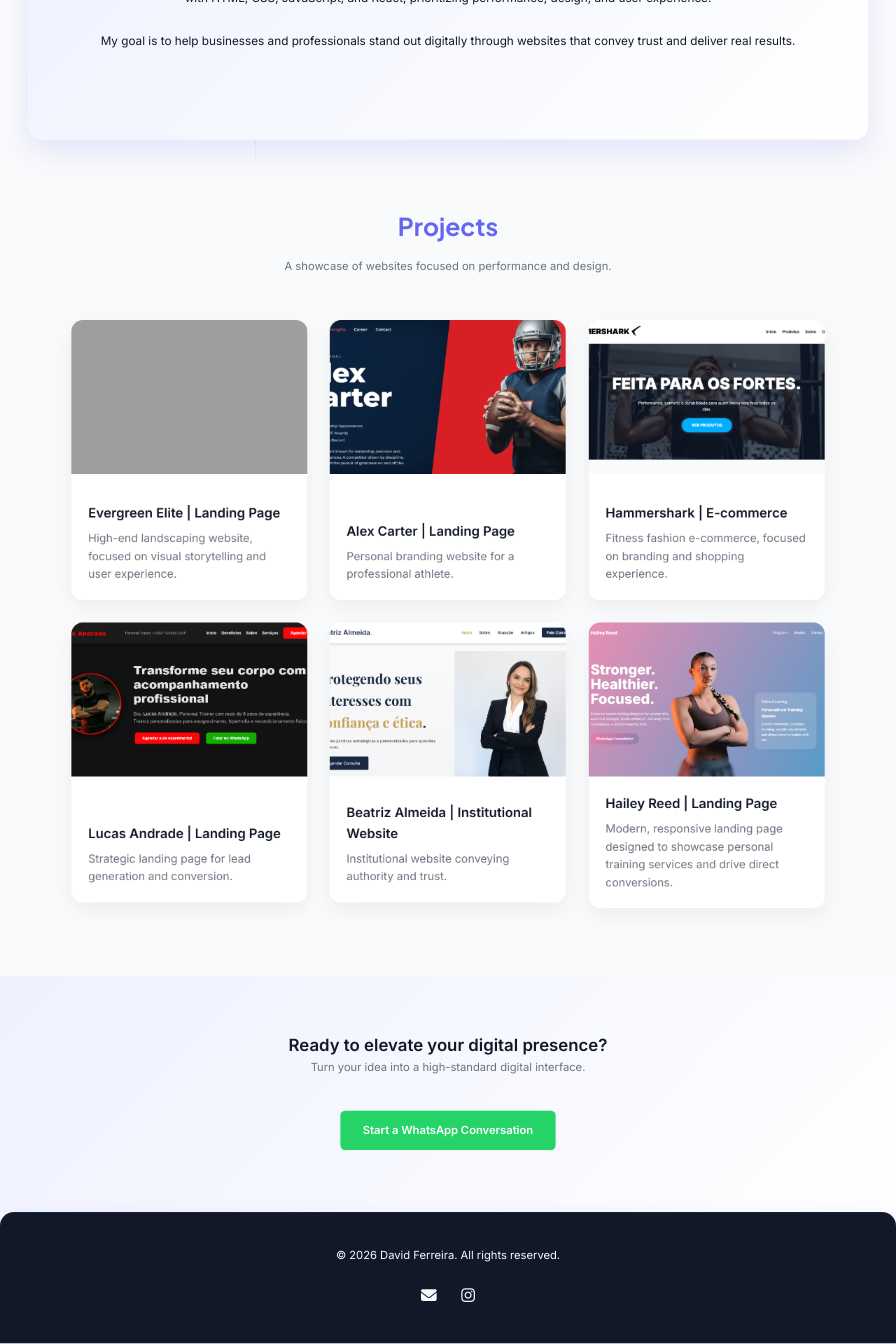
Repository: davidfsillva/portifolio
Page: index.html
The author's editor kept a copy of each file at every save. The page is drawn from the files as they stood at one save, then again after the next save.
The browser window is 1280 px wide. The pictures show the part of the page from y = 1025 to 2945 px (the page is 2945 px tall), at 70% of full size.
Pictures or frames that could not be fetched are drawn as grey boxes.

Above is the page before, as saved 2026-02-13 16:08:50.
Console error: TypeError: Cannot read properties of null (reading 'addEventListener')

After the next save:
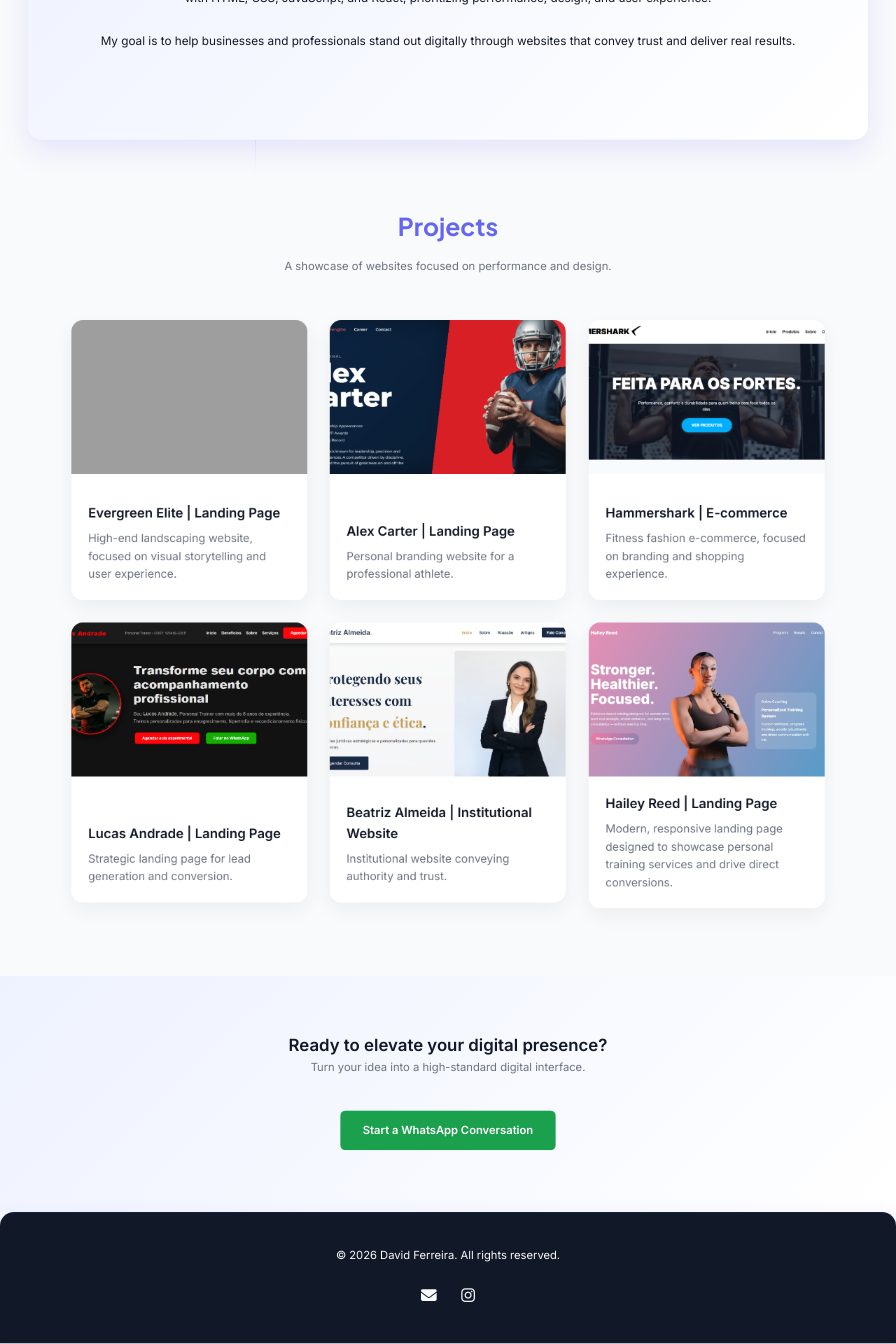
Saved 39 s later.
--- a/style.css
+++ b/style.css
@@ -469,7 +469,7 @@
 
 .btn-whatsapp {
   display: inline-block;
-  background: #25d366;
+  background: #1ba14d;
   color: white;
   padding: 1rem 2rem;
   border-radius: 8px;

After the 2 saves that followed:
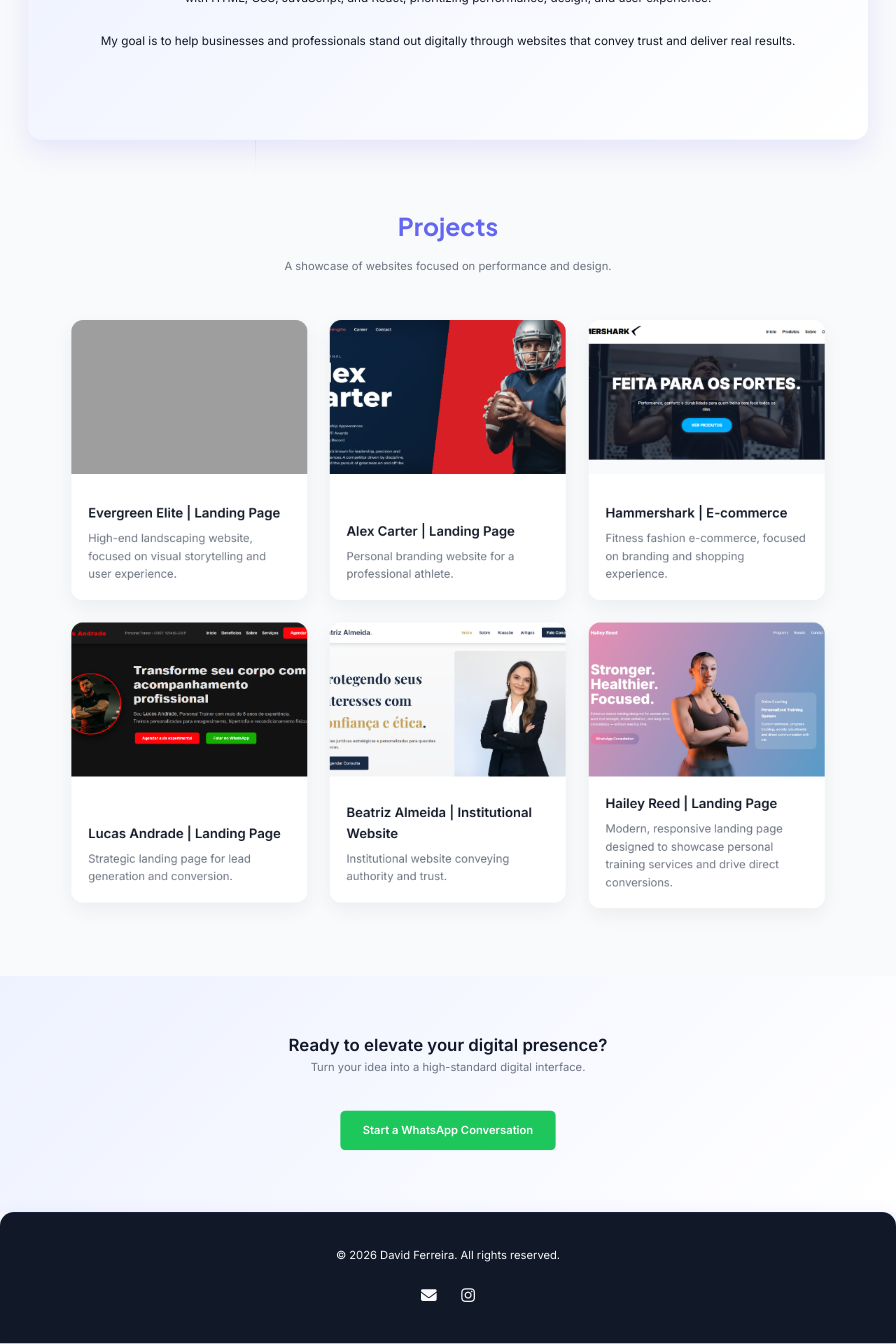
The 2 saves are shown as one change because they came seconds apart.
The last was saved 9 s later.
--- a/style.css
+++ b/style.css
@@ -469,7 +469,7 @@
 
 .btn-whatsapp {
   display: inline-block;
-  background: #1ba14d;
+  background: #1dc75b;
   color: white;
   padding: 1rem 2rem;
   border-radius: 8px;
